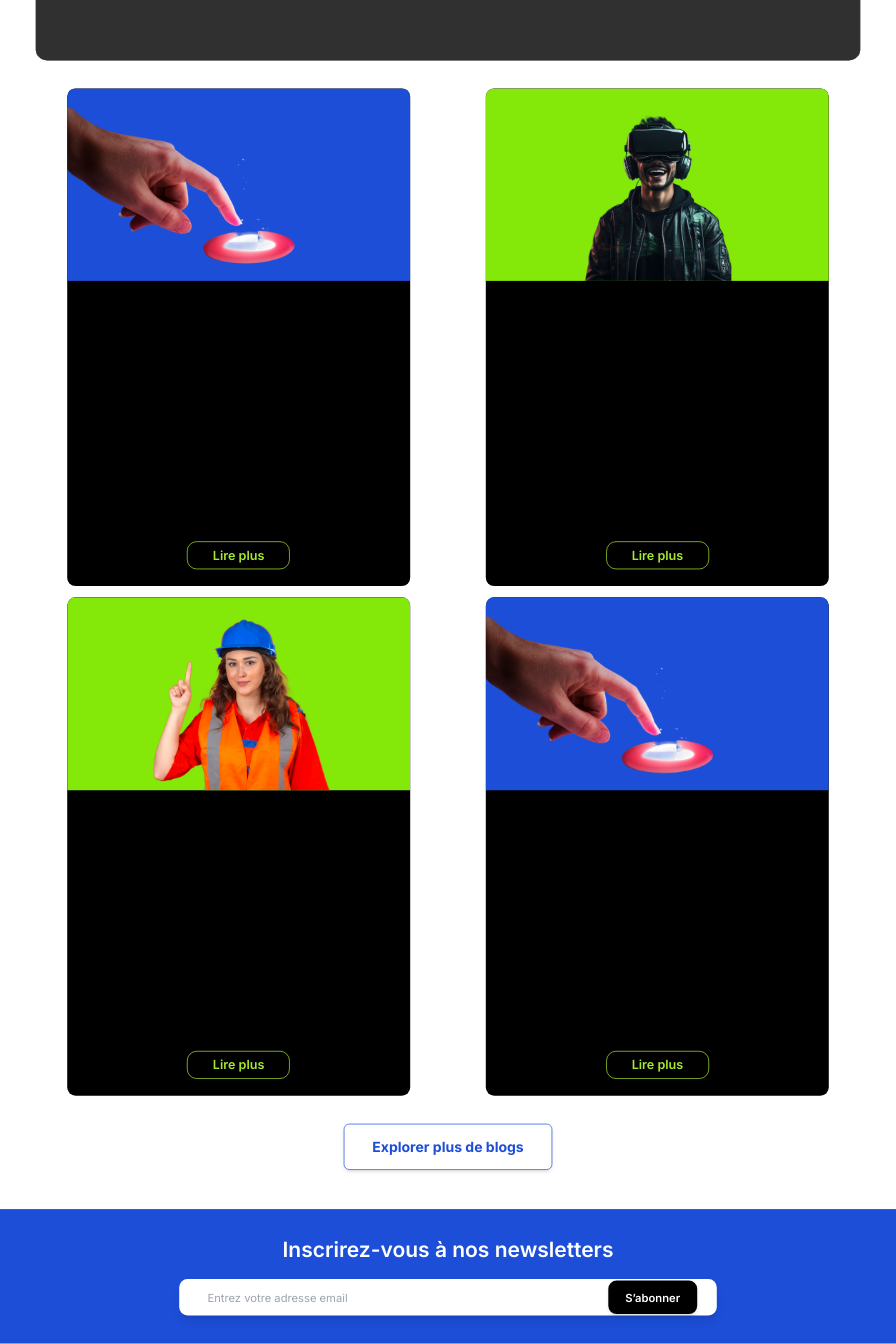
Repository: NassimeElkamari/test
Page: /blogs
An editor plug-in stored every save of this project. The page is shown before and after the next save, followed by the edit.
The browser window is 1280 px wide. The pictures show the part of the page from y = 565 to 2485 px (the page is 2485 px tall), at 70% of full size.
Pictures or frames that could not be fetched are drawn as grey boxes. The project was rebuilt for these pictures with package versions that can differ from the ones it lists, and the page was loaded fresh each time. The framework's server and built-in components were replaced by stand-ins that run in the browser. Also part of the build but not shown: next.config.mjs.

Above is the page before, as saved 2024-06-12 16:27:07.

### src/app/blogs/page.tsx
import Image from 'next/image';
import React from 'react';
import { MdDateRange } from "react-icons/md";
import BlogCard from '../../components/BlogCard';
import { cardData } from '../../data/cardData';

const Blog = () => {
  return (
    <div className='bg-white'>
      <div className='flex justify-center'>
        <h1 className="text-4xl font-bold text-center">Blog</h1>
      </div>
      <div className="relative w-[92vw] h-[85vh] mx-auto overflow-hidden bg-black pt-5 pl-8 flex flex-col justify-start rounded-2xl">
        <Image
          src="/bgImage.jpg"
          layout="fill"
          objectFit="cover"
          objectPosition="top"
          quality={100}
          alt="Background Image"
          className="opacity-30 bg-black"
        />
        <div className="absolute inset-0 flex flex-col justify-center text-white mt-[6%] p-4 pl-8">
          <h1 className="text-[52px] font-semibold mb-4">
            Ouvrez les portes de la connaissance <br /> avec nos Blogs stimulants
          </h1>
          <p className="text-[17px] mb-8">
            Découvrez les dernières actualités de 2peerfect dans une multitude de domaines passionnants. <br />Plongez-vous dans nos articles pour rester à jour sur les tendances les plus récentes en technologie, <br /> santé mentale, Design, Business, et bien plus encore. Avec une expertise diversifiée et des perspectives variées,<br /> 2peerfect vous offre un aperçu complet et captivant des développements les plus récents à travers différents secteurs.<br /> Ne manquez rien de ce qui se passe dans le monde, suivez 2peerfect pour rester informé et inspiré.
          </p>
          <div className="flex flex-wrap justify-between space-x-4 w-[80%]">
            <div className="bg-transparent rounded-lg shadow-md w-[15%] h-10 mb-4 border border-[#A7E92F] flex items-center justify-center">
              <h2 className="text-lg font-semibold text-center">Marketing</h2>
            </div>
            <div className="bg-transparent rounded-lg shadow-md w-[15%] h-10 mb-4 border border-[#A7E92F] flex items-center justify-center">
              <h2 className="text-lg font-semibold text-center">Design</h2>
            </div>
            <div className="bg-transparent rounded-lg shadow-md w-[15%] h-10 mb-4 border border-[#A7E92F] flex items-center justify-center">
              <h2 className="text-lg font-semibold text-center">Business</h2>
            </div>
            <div className="bg-transparent rounded-lg shadow-md w-[15%] h-10 mb-4 border border-[#A7E92F] flex items-center justify-center">
              <h2 className="text-lg font-semibold text-center">IT</h2>
            </div>
            <div className="bg-transparent rounded-lg shadow-md w-[15%] text-center h-10 mb-4 border border-[#A7E92F] flex items-center justify-center">
              <h2 className="text-lg font-semibold">Psychologie</h2>
            </div>
            {/* Add more cards as needed */}
          </div>
        </div>
      </div>
      <div className='second-section w-[85vw] mx-auto mt-10 flex justify-center'>
        <div className="flex flex-wrap gap-4 justify-between ">
          {cardData.map((card) => (
            <BlogCard
              key={card.id}
              imageSrc={card.imageSrc}
              title={card.title}
              description={card.description}
              date={card.date}
              color={card.background}
            />
          ))}
        </div>
      </div>
      <div className="flex justify-center mt-10">
        <button className=" text-white rounded-lg shadow-md  text-center mx-10 my-4 px-10 py-8 h-10 border border-[#1D4ED8] flex items-center justify-center">
          <h2 className="text-xl font-bold text-[#1D4ED8]">Explorer plus de blogs </h2>
        </button>
      </div>
      <div className="bg-[#1D4ED8] py-10 mt-10 flex flex-col items-center justify-center">
        <h2 className="text-3xl font-semibold text-white mb-4">Inscrirez-vous à nos newsletters</h2>
        <div className="bg-white  py-[2px] px-0 rounded-xl shadow-lg flex flex-col items-center justify-around sm:flex-row mt-2 w-full max-w-3xl">
          <input
            type="email"
            placeholder="Entrez votre adresse email"
            className="w-full sm:w-2/3 p-3 mb-4 sm:mb-0 sm:mr-4 rounded-lg focus:outline-none"
          />
          <button className="bg-black text-white font-semibold py-3 px-6 rounded-xl  shadow-md w-full sm:w-auto">
            S’abonner
          </button>
        </div>
      </div>
    </div>
  );
};

export default Blog;

### src/components/BlogCard.tsx
import Image from 'next/image'
import React from 'react'
import { MdDateRange } from "react-icons/md";


const BlogCard = ({ imageSrc, title, description, date , color}) => {
  return (
    <div className='w-[45%] h-[50%] bg-black rounded-xl flex flex-col'>
    <div className="w-[100%] h-2/5 relative">
        <Image
        src={imageSrc}
        layout='responsive'
        height={100}
        width={100}
        alt="Card Image"
        className="w-full h-full rounded-t-xl "
        style={{backgroundColor: `${color}`}}
        />
    </div>
    <div className="pt-14 flex justify-center items-center flex-col px-5">
        <h1 className="text-[32px] font-semibold">{title}</h1>
        <p className="text-md mt-5">{description}</p>
    </div>
    <div className="flex items-center justify-end mt-10 mr-2">
        <MdDateRange width={70} height={70} className='mr-4'/>
        <p className="mr-2">{date}</p>
    </div>
    <div className="flex justify-center mt-8 mb-6"> {/* Added justify-center class */}
        <button className="bg-black rounded-[14px] shadow-md w-[30%] text-center h-10 border border-[#A7E92F] flex items-center justify-center">
        <h2 className="text-lg font-semibold text-[#A7E92F]">Lire plus</h2> {/* Added text-white class */}
        </button>
    </div>
    </div>
  )
}

export default BlogCard

### src/data/cardData.js
export const cardData = [
  {
    id: 1,
    imageSrc: "/card11.png",
    title: "L'impact des médias sociaux sur la santé mental",
    description: "Discuter de la façon dont les likes, les commentaires et les partages peuvent devenir une mesure de notre valeur personnelle, et comment cela peut affecter notre estime de soi et notre bien-être émotionnel...",
    date: "11 Décembre 2023",
    background: '#1D4ED8' // Background color for the first card
  },
  {
    id: 2,
    imageSrc: "/card22.png",
    title: "L’inovation technologique dans l’éducation",
    description: "Reconnaître les défis liés à l'intégration de la technologie dans l'éducation, tels que l'accès inégal aux ressources technologiques et les préoccupations concernant la dépendance excessive à la technologie...",
    date: "11 Décembre 2023",
    background: '#84e809' // Background color for the second card
  },
  {
    id: 3,
    imageSrc: "/card33.png",
    title: "L’inovation technologique dans l’éducation",
    description: "Reconnaître les défis liés à l'intégration de la technologie dans l'éducation, tels que l'accès inégal aux ressources technologiques et les préoccupations concernant la dépendance excessive à la technologie...",
    date: "11 Décembre 2023",
    background: '#84e809' // Background color for the third card
  },
  {
    id: 4,
    imageSrc: "/card11.png",
    title: "L'impact des médias sociaux sur la santé mental",
    description: "Discuter de la façon dont les likes, les commentaires et les partages peuvent devenir une mesure de notre valeur personnelle, et comment cela peut affecter notre estime de soi et notre bien-être émotionnel...",
    date: "11 Décembre 2023",
    background: '#1D4ED8' // Background color for the fourth card
  },
];

Loaded but not shown: src/app/layout.tsx (common file); src/app/globals.css (common file); tailwind.config.ts (common file)

After the next save:
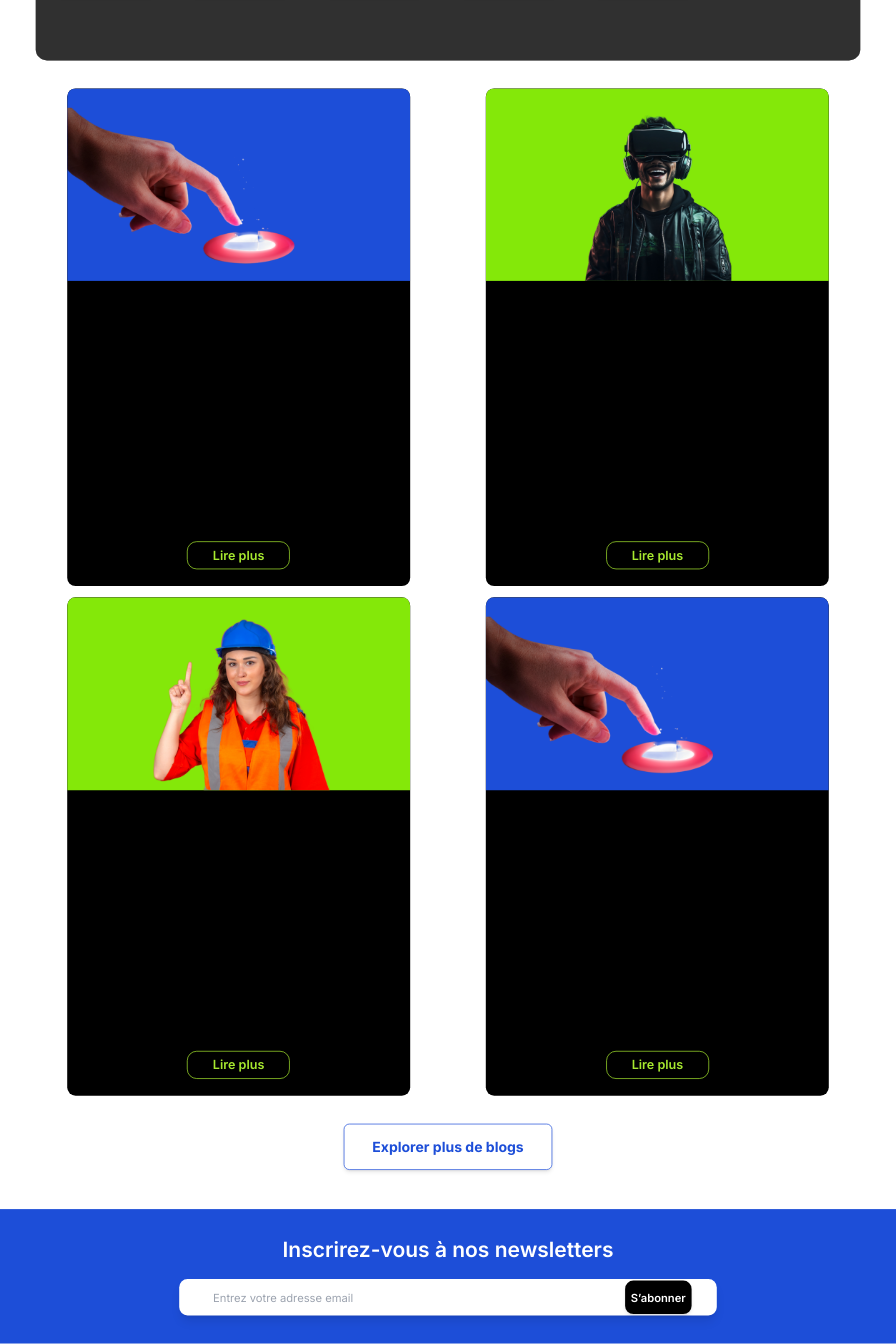
Saved 12 min 15 s later.
--- a/src/app/blogs/page.tsx
+++ b/src/app/blogs/page.tsx
@@ -74,7 +74,7 @@ const Blog = () => {
             placeholder="Entrez votre adresse email"
             className="w-full sm:w-2/3 p-3 mb-4 sm:mb-0 sm:mr-4 rounded-lg focus:outline-none"
           />
-          <button className="bg-black text-white font-semibold py-3 px-6 rounded-xl  shadow-md w-full sm:w-auto">
+          <button className="bg-black text-white font-semibold py-3 px-2 rounded-xl  shadow-md w-full sm:w-auto">
             S’abonner
           </button>
         </div>
